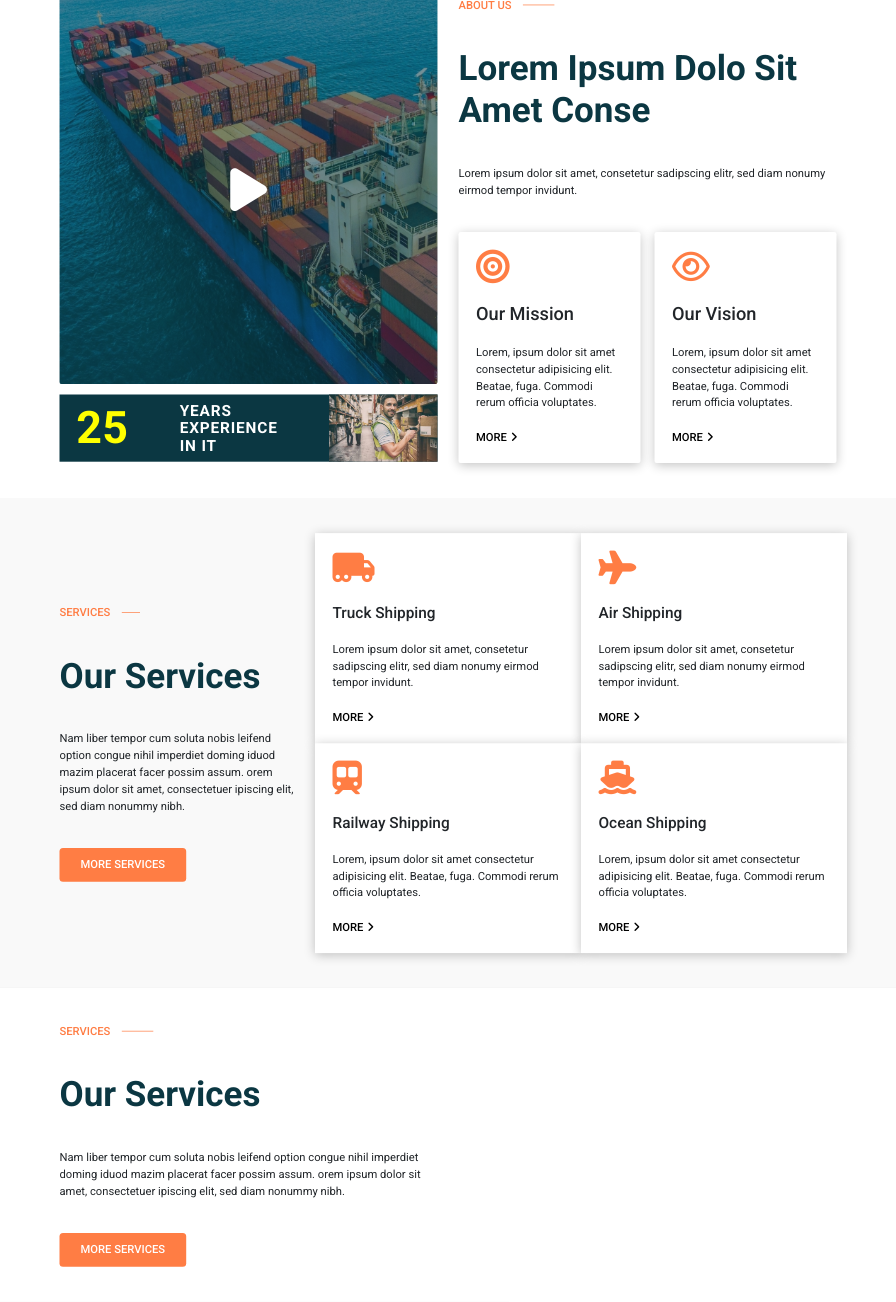
Repository: nazmulalok/shipping-theme
Page: index.html
An editor plug-in stored every save of this project. The page is shown before and after the next save, followed by the edit.
The browser window is 1280 px wide. The pictures show the part of the page from y = 1041 to 2961 px (the page is 2901 px tall before and 2961 px after), at 70% of full size.
Some web libraries are served in a nearby version.

Above is the page before, as saved 2022-10-08 23:08:53.

After the next save:
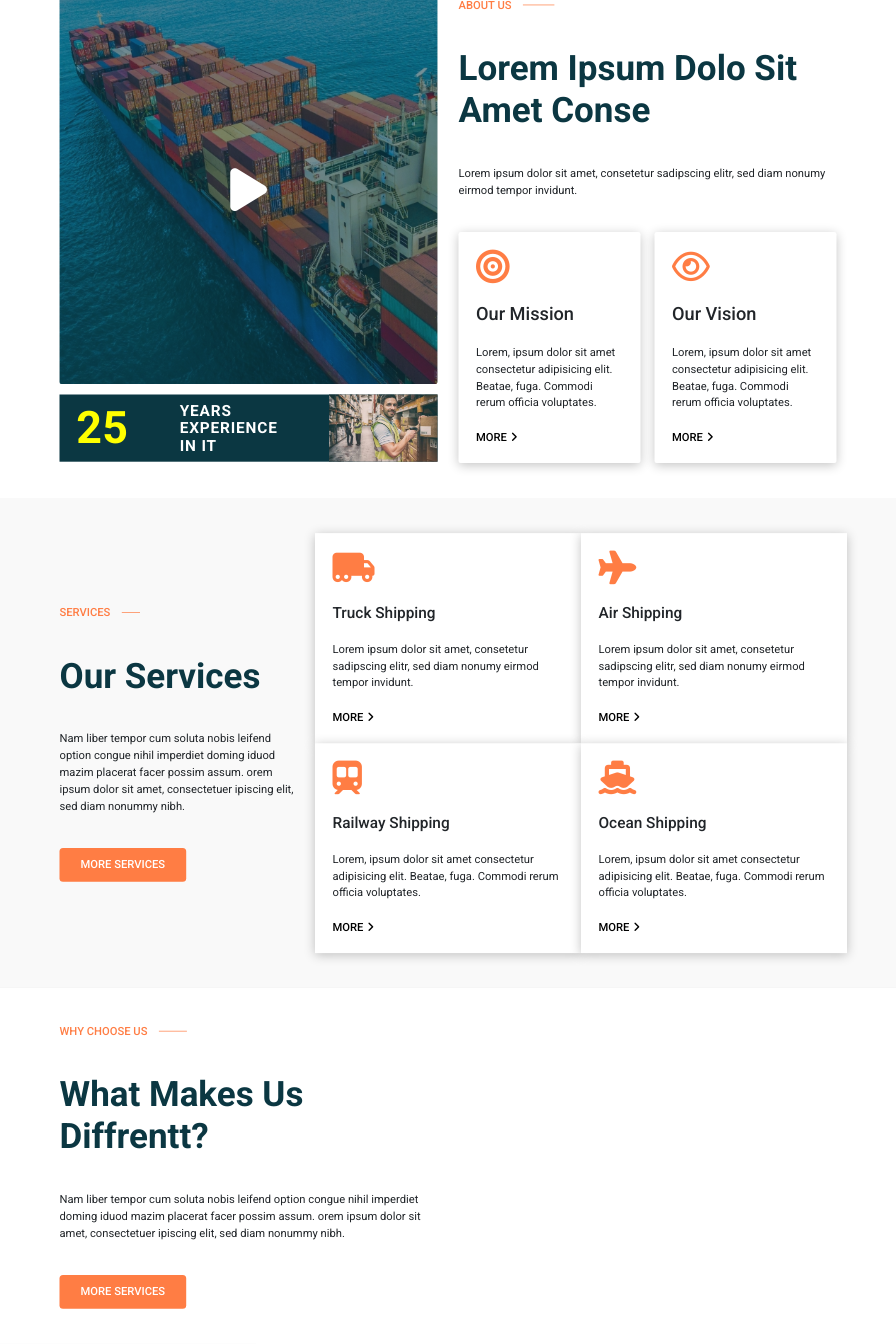
Saved 26 s later.
--- a/index.html
+++ b/index.html
@@ -220,8 +220,9 @@
             <div class="container">
                 <div class="row align-items-center">
                     <div class="col-lg-6">
-                        <span class="sp-title">Services</span>
-                        <h2 class="mb-5">Our Services</h2>
+                        <span class="sp-title">Why Choose Us</span>
+                        <h2 class="mb-5">What Makes Us
+                            Diffrentt?</h2>
                         <p class="mb-5">Nam liber tempor cum soluta nobis leifend option congue nihil imperdiet doming
                             iduod mazim placerat facer possim assum. orem ipsum dolor sit amet, consectetuer ipiscing
                             elit, sed diam nonummy nibh.</p>
